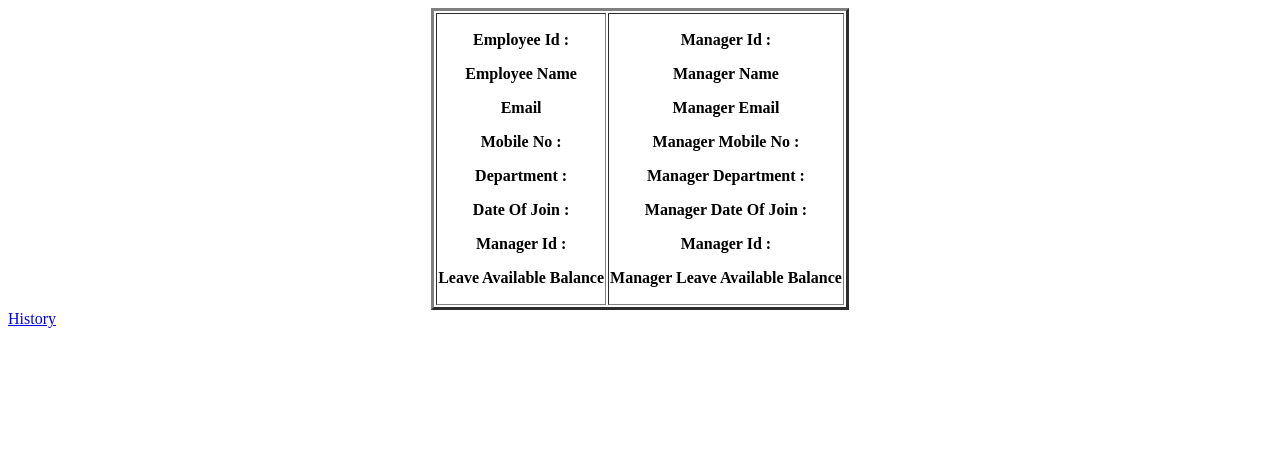
Repository: Guptaji153/Test002
Page: http://localhost/leaveSystem/DashBoard.jsp
The author's editor kept a copy of each file at every save. The page is drawn from the files as they stood at one save, then again after a run of saves.
The browser window is 1280 px wide. The pictures show the whole page.
The page is served by Tomcat 9. Queries for data that is not in the repository find no rows.

Above is the page before, as saved 2025-05-08 09:20:14.

After the next 2 saves:
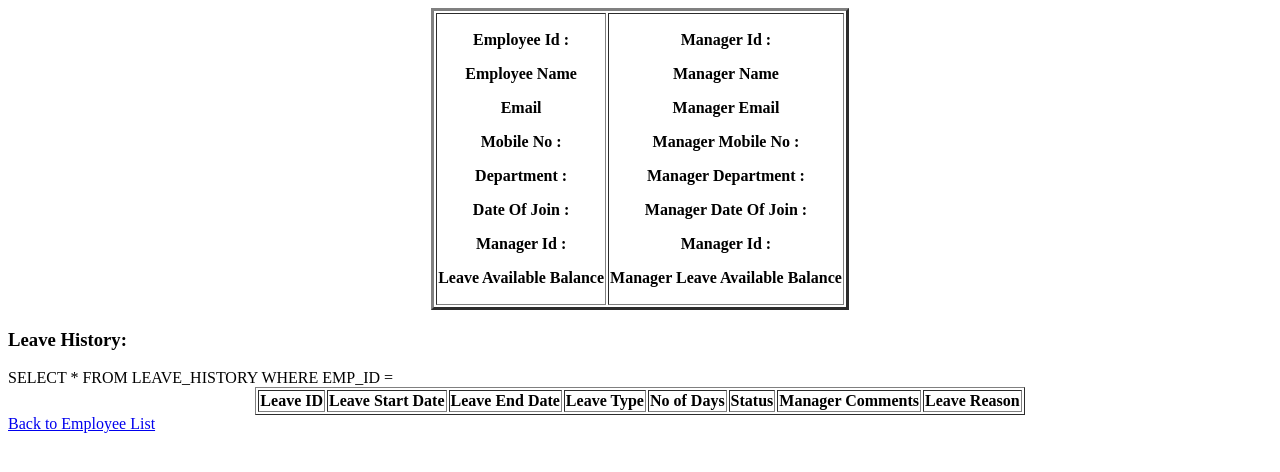
The 2 saves are shown as one change because 1 did not build or start.
The last was saved 4 min 58 s later.
--- a/Day19/leaveSystem/src/main/webapp/DashBoard.jsp
+++ b/Day19/leaveSystem/src/main/webapp/DashBoard.jsp
@@ -39,6 +39,50 @@
 		</tr>
 	</table>
 
-	<a href="LiveHistory.jsp">History</a>
+
+	<!-- Leave History Section -->
+    <h3>Leave History:</h3>
+    <sql:setDataSource var="conn"
+        driver="com.mysql.cj.jdbc.Driver"
+        uri="jdbc:mysql://localhost:3306/lms"
+        user="root"
+        password="root" />
+
+    <!-- Query to fetch leave history for the employee -->
+    <sql:query var="leaveHistoryQuery" dataSource="${conn}">
+        SELECT * FROM LEAVE_HISTORY WHERE EMP_ID = ${param.empId}
+    </sql:query>
+
+    <!-- Display the leave history -->
+    <table border="1" align="center">
+        <tr>
+            <th>Leave ID</th>
+            <th>Leave Start Date</th>
+            <th>Leave End Date</th>
+            <th>Leave Type</th>
+            <th>No of Days</th>
+            <th>Status</th>
+            <th>Manager Comments</th>
+            <th>Leave Reason</th>
+        </tr>
+
+        <c:forEach var="history" items="${leaveHistoryQuery.rows}">
+            <tr>
+                <td>${history.LEAVE_ID}</td>
+                <td>${history.LEAVE_START_DATE}</td>
+                <td>${history.LEAVE_END_DATE}</td>
+                <td>${history.LEAVE_TYPE}</td>
+                <td>${history.LEAVE_NO_OF_DAYS}</td>
+                <td>${history.LEAVE_STATUS}</td>
+                <td>${history.LEAVE_MNGR_COMMENTS}</td>
+                <td>${history.LEAVE_REASON}</td>
+            </tr>
+        </c:forEach>
+    </table>
+
+    <!-- Link to navigate back to the employee details page (optional) -->
+    <a href="EmployeeList.jsp">Back to Employee List</a>
+
+
 </body>
 </html>
